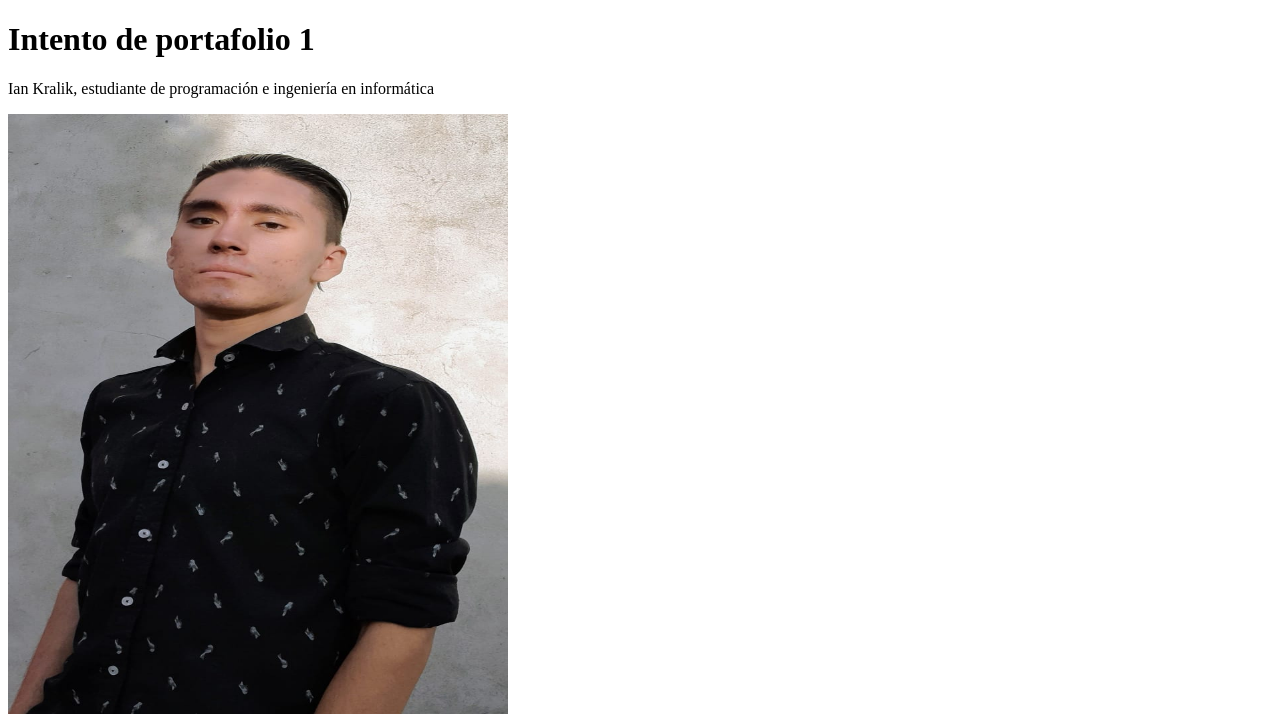
Repository: IanKralik/repositorio-de-prueba
Page: Prueba/index.html
The author's editor kept a copy of each file at every save. The page is drawn from the files as they stood at one save, then again after the next save.
The browser window is 1280 px wide. The pictures show the whole page.

Above is the page before, as saved 2022-12-04 19:58:41.

### Prueba/index.html

<!DOCTYPE html>
<html lang="en">
<head>
    <meta charset="UTF-8">
    <meta http-equiv="X-UA-Compatible" content="IE=edge">
    <meta name="viewport" content="width=device-width, initial-scale=1.0">
    <title>Portafolio</title>
</head>
<body>
    <h1>Intento de portafolio 1</h1>
    <p>Ian Kralik, estudiante de programación e ingeniería en informática</p>
    <img src="fotoian.jpg" alt="Problemas tecnicos" width="500" height="600">


</body>


</html>

After the next save:
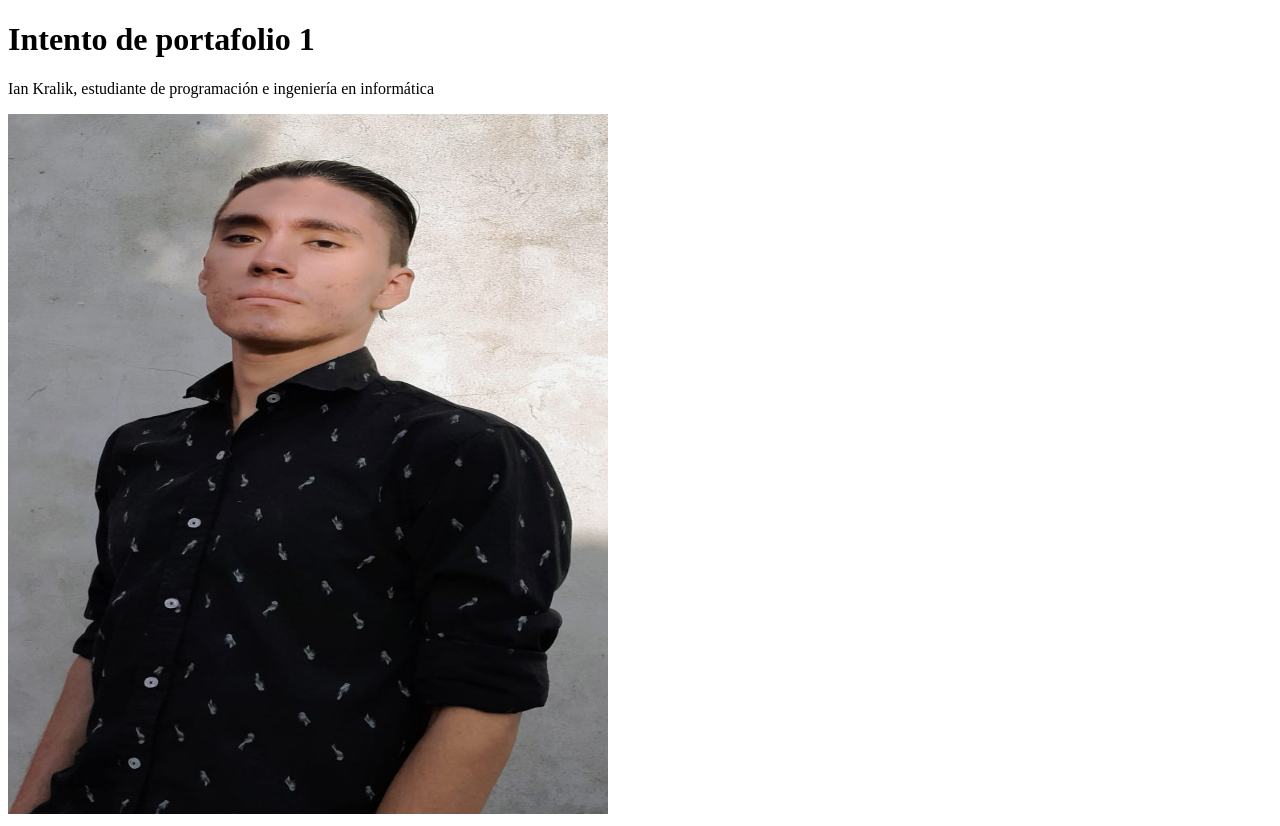
Saved 59 s later.
--- a/Prueba/index.html
+++ b/Prueba/index.html
@@ -10,7 +10,7 @@
 <body>
     <h1>Intento de portafolio 1</h1>
     <p>Ian Kralik, estudiante de programación e ingeniería en informática</p>
-    <img src="fotoian.jpg" alt="Problemas tecnicos" width="500" height="600">
+    <img src="fotoian.jpg" alt="Problemas tecnicos" width="600" height="700">
 
 
 </body>
